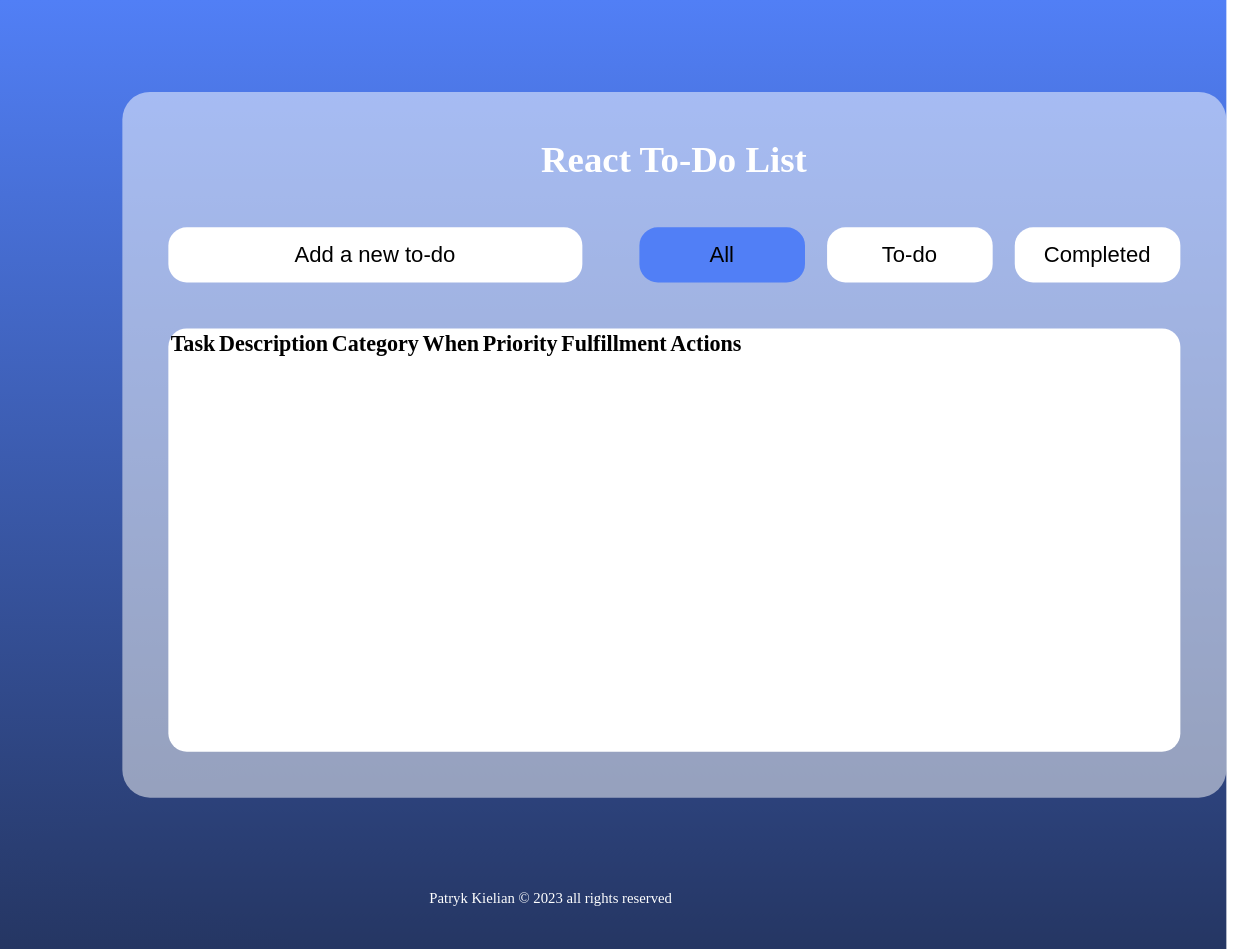
Repository: mirajane2/maquette-todo
Page: index.html
An editor plug-in stored every save of this project. The page is shown before and after the next save, followed by the edit.
The browser window is 1280 px wide. The page is 1333 px wide, then 1341 px, so the pictures cover 1341 px, including what lies to the right of the window. The pictures show the whole page, at 92% of full size.

Above is the page before, as saved 2024-11-13 13:21:23.

After the next save:
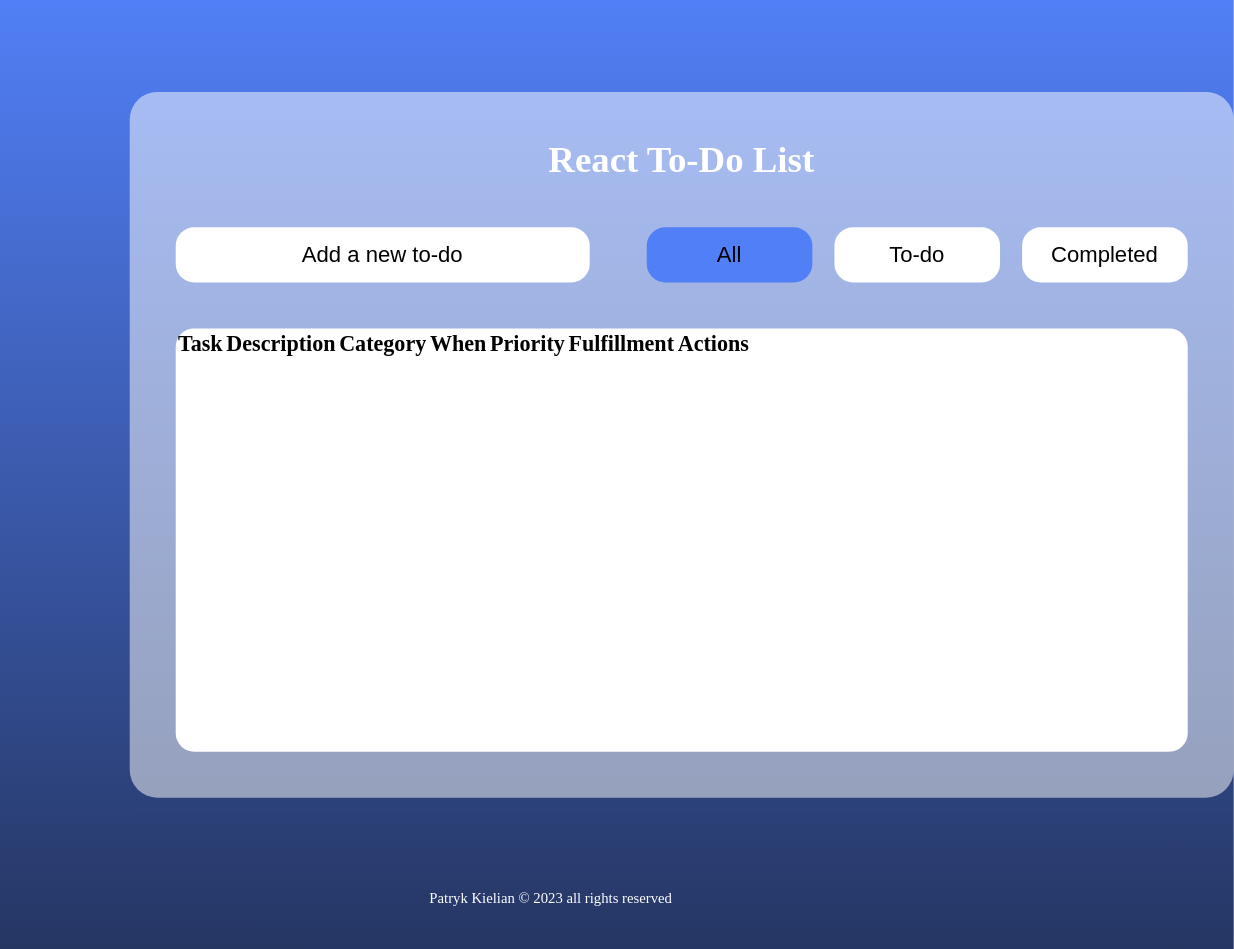
Saved 47 s later.
--- a/index.css
+++ b/index.css
@@ -17,7 +17,7 @@ body{
     min-height: 500px;
     background-color: #FFFFFF80;
     border-radius: 30px;
-    margin: 100px 132.500px;
+    margin: 100px 140.500px;
     padding: 50px;
 }
 
